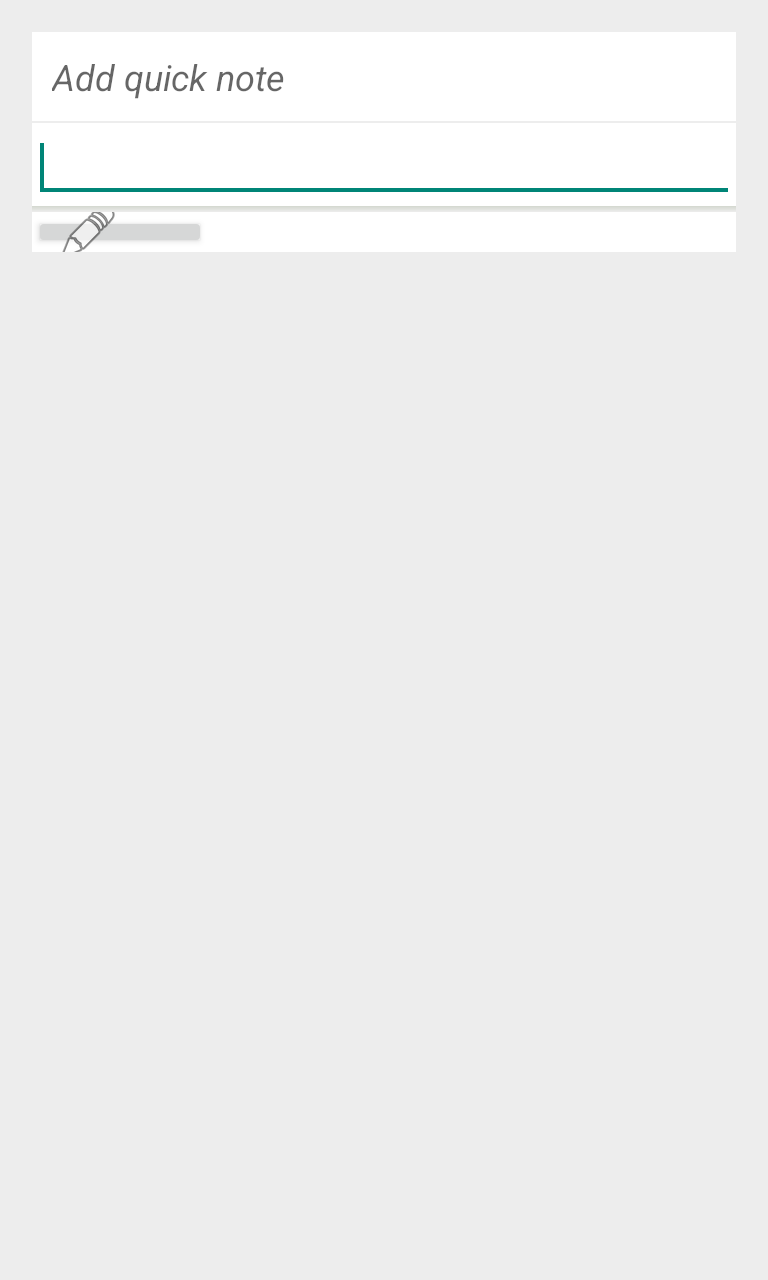
Repository: ishwormali/practices
Layout: Android/GoogleKeep/GoogleKeep/res/layout/fragment_main.xml
These files come from the project's save history. The layout is drawn as it stood at one moment and after the next save; the edit follows.
It is drawn on a 768 x 1280 px phone screen (xhdpi) without system bars, with theme Theme.Orangeboom; the app's code is not run. The app's manifest (not shown) leaves right-to-left support off. So textAlignment, textDirection and layoutDirection are ignored, and left and right values win over start and end ones.

Above is the layout before, as saved 2014-04-01 06:13:14.

After the next save:
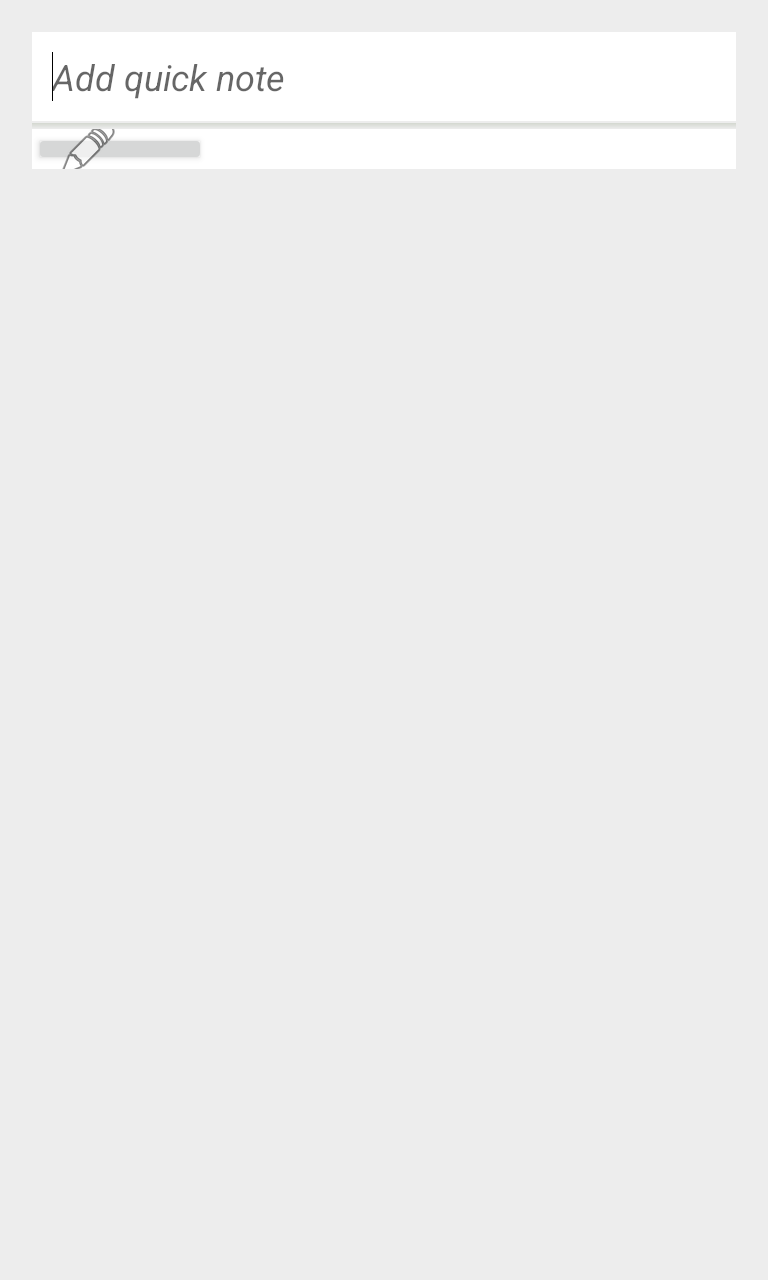
Saved 113 s later.
--- a/Android/GoogleKeep/GoogleKeep/res/layout/fragment_main.xml
+++ b/Android/GoogleKeep/GoogleKeep/res/layout/fragment_main.xml
@@ -34,14 +34,7 @@ android:textCursorDrawable="@null" android:padding="10dp"
 android:layout_width="fill_parent"
 android:layout_height="1dip"
 android:background="@color/main_background" />
-        <EditText
-            android:id="@+id/text_quicknote2"
-            android:layout_width="match_parent"
-            android:layout_height="wrap_content"
-            android:ems="10" >
 
-            <requestFocus />
-        </EditText>
         <View
     android:id="@+id/divider"
     android:background="@drawable/drop_shadow"
